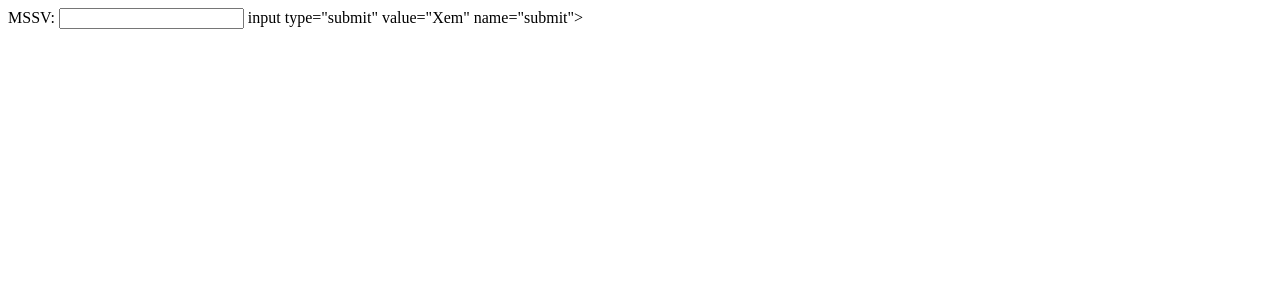
Repository: datntlocalhost/StudenManagerMVC
Page: http://localhost/StudentManagerMVC/studenInfo.jsp
An editor plug-in stored every save of this project. The page is shown before and after the next save, followed by the edit.
The browser window is 1280 px wide. The pictures show the whole page.
The page is served by Tomcat 9.

Above is the page before, as saved 2018-07-19 08:56:47.

After the next save:
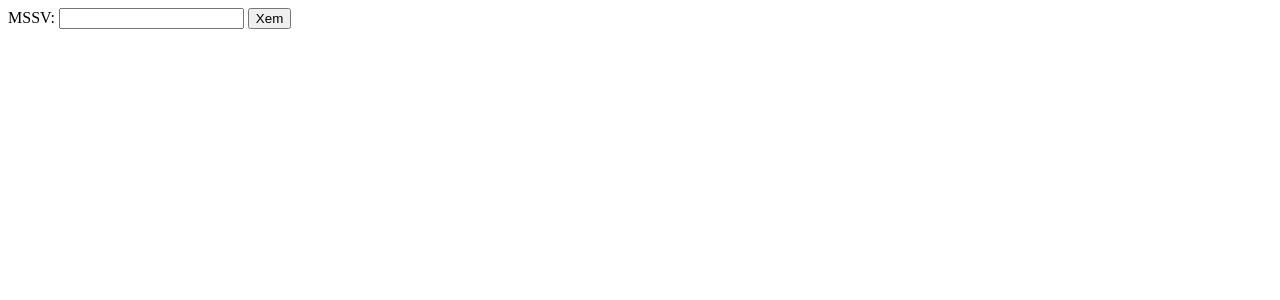
Saved 5 s later.
--- a/StudentManagerMVC/WebContent/studenInfo.jsp
+++ b/StudentManagerMVC/WebContent/studenInfo.jsp
@@ -11,7 +11,7 @@
   <form action="<%=request.getContextPath()%>/show" method="post">
     <label> MSSV: </label>
     <input type="text" name="mssv">
-    input type="submit" value="Xem" name="submit">
+    <input type="submit" value="Xem" name="submit">
   </form>
 
 </body>
